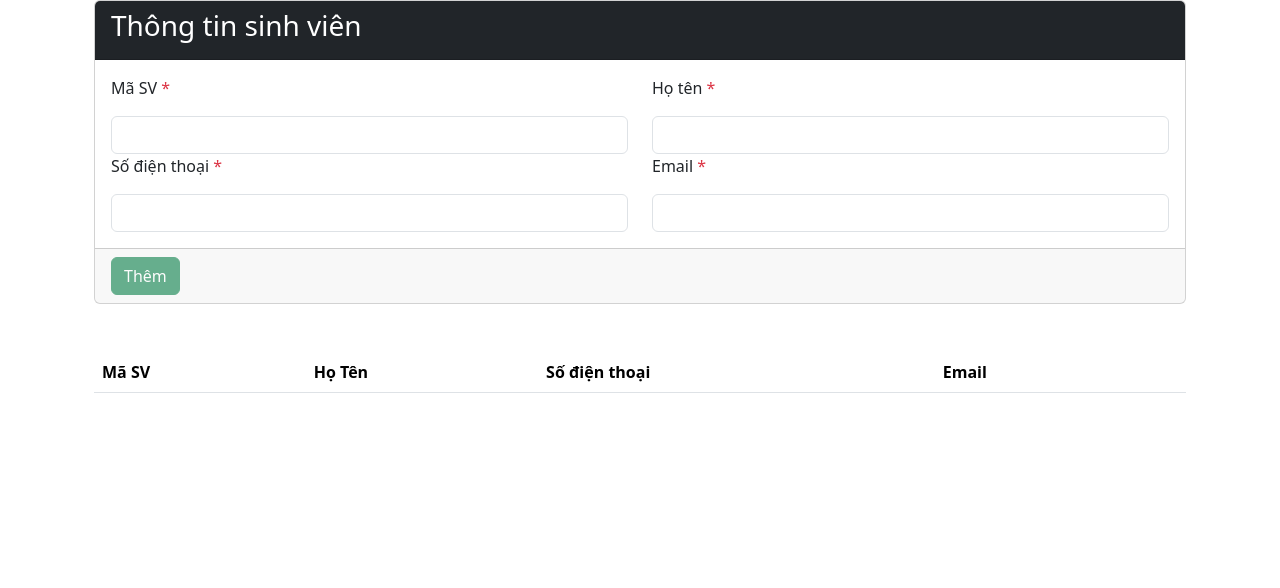
Repository: KhoiNguyen77/BT_REACT_FORM
Page: /
These files come from the project's save history. The page is drawn as it stood at one moment and after the next save; the edit follows.
The browser window is 1280 px wide. The pictures show the whole page.
The project was rebuilt for these pictures with package versions that can differ from the ones it lists, and the page was loaded fresh each time.

Above is the page before, as saved 2023-05-27 16:27:59.

### src/FormComponent/Form.jsx
import React, { Component } from 'react'
import InputField from './InputField'
import TableField from './TableField'

export default class Form extends Component {
    state = {
        students: []
    }
    add = (student) => {
        const students = [...this.state.students];
        students.push(student);
        this.setState({
            students: students
        })
    }
    render() {
        return (
            <div className='container'>
                <InputField add={this.add} students={this.state.students}></InputField>
                <TableField students={this.state.students}></TableField>
            </div>
        )
    }
}

### src/FormComponent/InputField.jsx
import React, { Component } from 'react'

export default class InputField extends Component {
    state = {
        values: {
            key: 0,
            name: "",
            phoneNumber: 0,
            email: ''
        },
        errors: {
            key: "*",
            name: "*",
            phoneNumber: "*",
            email: "*"
        },
        Disabled: true
    }
    handleInput = e => {
        const { students } = this.props;
        const { id, value, } = e.target;
        const inputValues = { ...this.state.values }
        const errors = { ...this.state.errors }
        let message = ""
        inputValues[id] = value;
        let dataType = e.target.getAttribute("data-type");
        // eslint-disable-next-line default-case
        switch (dataType) {
            case "letter": {
                let regexLetter = /^[a-zA-Z]+$/;
                if (!regexLetter.test(value)) {
                    message = id + ' must be letters';
                }
                break;
            }
            case "number": {
                let min = JSON.parse(e.target.getAttribute("min-maxLength"))[0];
                let max = JSON.parse(e.target.getAttribute("min-maxLength"))[1];
                if (value.length < min || value.length > max) {
                    message = id + ` must be from ${min} to ${max} length`
                }
                break;
            }
            // eslint-disable-next-line no-fallthrough
            case "email": {
                var mailformat = /^(([^<>()\[\]\\.,;:\s@"]+(\.[^<>()\[\]\\.,;:\s@"]+)*)|(".+"))@((\ [[0-9]{1,3}\.[0-9]{1,3}\.[0-9]{1,3}\.[0-9]{1,3}\])|(([a-zA-Z\-0-9]+\.)+[a-zA-Z]{2,}))$/
                if (!mailformat.test(value)) {
                    message = id + ' must be in correct form'
                    break;
                }
            }
        }
        if (e.target.getAttribute("uniqe")) {
            if (students.find(student => student.key == value)) {
                message = id + " has exists!";
            }
        }
        if (value.trim() == "") {
            message = id + " can't be blank";
        }
        errors[id] = message
        let result = this.checkValidForm(errors);
        this.setState({
            values: inputValues,
            errors: errors,
            Disabled: result
        })

    }
    checkValidForm = (errors) => {
        let output = false;
        for (let key in errors) {
            console.log(errors[key]);
            if (errors[key] !== "") {
                output = true;
                break
            }
        }
        return output
    }
    handleSubmit = e => {
        e.preventDefault();
        const { add } = this.props;
        add(this.state.values);
    }

    render() {
        console.log(this.state.values);
        return (
            <div className='container mb-5'>
                <form className='card'>
                    <div className="card-header bg-dark">
                        <h3 className='text-white'>Thông tin sinh viên</h3>
                    </div>
                    <div className="card-body">
                        <div className="row">
                            <div className="col-6">
                                <p className='d-inline-block'>Mã SV</p> <span className='text-danger'>{this.state.errors.key}</span>
                                <input type="number" id='key' uniqe="id" min-maxLength="[3,5]" data-type="number" className='form-control' onInput={this.handleInput} />
                            </div>
                            <div className="col-6">
                                <p className='d-inline-block' >Họ tên</p> <span className='text-danger'>{this.state.errors.name}</span>
                                <input type="text" id='name' data-type="letter" className='form-control' onInput={this.handleInput} />
                            </div>
                        </div>
                        <div className="row">
                            <div className="col-6">
                                <p className='d-inline-block'>Số điện thoại</p> <span className='text-danger'>{this.state.errors.phoneNumber}</span>
                                <input type="number" id='phoneNumber' className='form-control' min-maxLength="[8,10]" data-type="number" onInput={this.handleInput} />
                            </div>
                            <div className="col-6">
                                <p className='d-inline-block'>Email</p> <span className='text-danger'>{this.state.errors.email}</span>
                                <input type="email" id='email' className='form-control' onInput={this.handleInput} data-type="email" />
                            </div>
                        </div>
                    </div>
                    <div className="card-footer">
                        <button type='submit' onClick={this.handleSubmit} className='btn btn-success' disabled={this.state.Disabled}>Thêm</button>
                    </div>
                </form>
            </div>
        )
    }
}

### src/FormComponent/TableField.jsx
import React, { Component } from 'react'

export default class TableField extends Component {

    render() {
        const { students } = this.props;
        return (
            <div className='container'>
                <table className='table'>
                    <thead>
                        <tr>
                            <th>Mã SV</th>
                            <th>Họ Tên</th>
                            <th>Số điện thoại</th>
                            <th>Email</th>
                            <th></th>
                        </tr>
                    </thead>
                    <tbody>
                        {students.map(student => {
                            return <tr>
                                <td>{student.key}</td>
                                <td>{student.name}</td>
                                <td>{student.phoneNumber}</td>
                                <td>{student.email}</td>
                                <td>
                                    <button className='btn btn-primary mx-3'>Edit</button>
                                    <button className='btn btn-danger'>Delete</button>
                                </td>
                            </tr>
                        })}
                    </tbody>
                </table>
            </div>
        )
    }
}

Loaded but not shown: public/index.html (common file); src/index.js (common file)

After the next save:
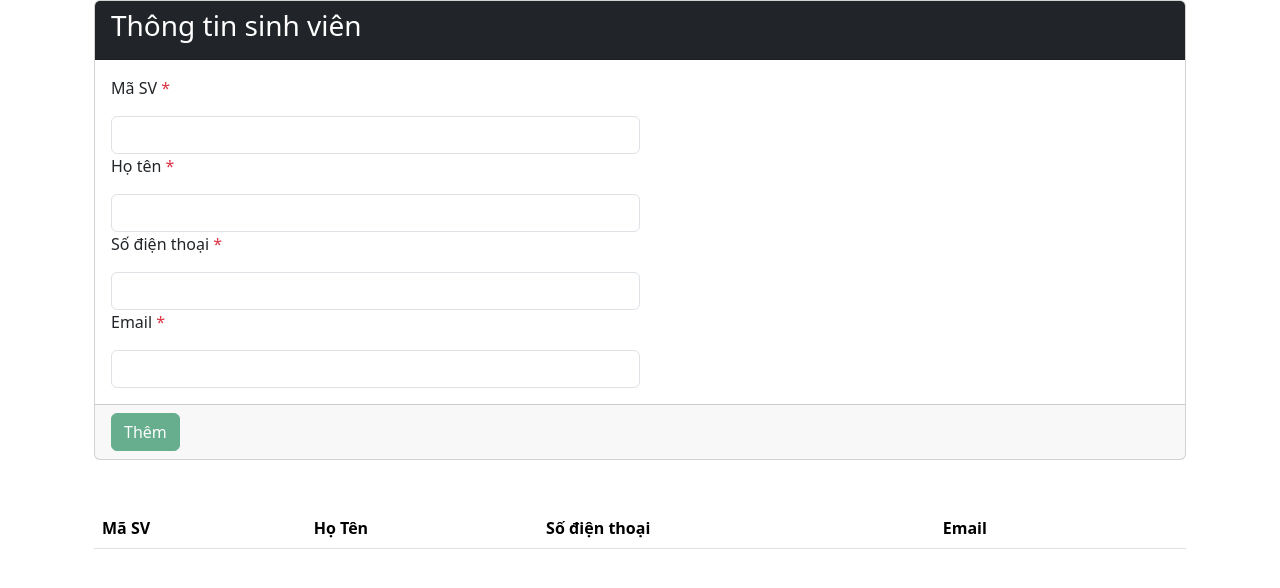
Saved 77 s later.
--- a/src/FormComponent/InputField.jsx
+++ b/src/FormComponent/InputField.jsx
@@ -94,24 +94,29 @@
                     </div>
                     <div className="card-body">
                         <div className="row">
-                            <div className="col-6">
-                                <p className='d-inline-block'>Mã SV</p> <span className='text-danger'>{this.state.errors.key}</span>
-                                <input type="number" id='key' uniqe="id" min-maxLength="[3,5]" data-type="number" className='form-control' onInput={this.handleInput} />
-                            </div>
-                            <div className="col-6">
-                                <p className='d-inline-block' >Họ tên</p> <span className='text-danger'>{this.state.errors.name}</span>
-                                <input type="text" id='name' data-type="letter" className='form-control' onInput={this.handleInput} />
-                            </div>
+                            <form className='form'>
+                                <div className="col-6">
+                                    <p className='d-inline-block'>Mã SV</p> <span className='text-danger'>{this.state.errors.key}</span>
+                                    <input type="number" id='key' uniqe="id" min-maxLength="[3,5]" data-type="number" className='form-control' onInput={this.handleInput} />
+                                </div>
+                                <div className="col-6">
+                                    <p className='d-inline-block' >Họ tên</p> <span className='text-danger'>{this.state.errors.name}</span>
+                                    <input type="text" id='name' data-type="letter" className='form-control' onInput={this.handleInput} />
+                                </div>
+                            </form>
+
                         </div>
                         <div className="row">
-                            <div className="col-6">
-                                <p className='d-inline-block'>Số điện thoại</p> <span className='text-danger'>{this.state.errors.phoneNumber}</span>
-                                <input type="number" id='phoneNumber' className='form-control' min-maxLength="[8,10]" data-type="number" onInput={this.handleInput} />
-                            </div>
-                            <div className="col-6">
-                                <p className='d-inline-block'>Email</p> <span className='text-danger'>{this.state.errors.email}</span>
-                                <input type="email" id='email' className='form-control' onInput={this.handleInput} data-type="email" />
-                            </div>
+                            <form className='form'>
+                                <div className="col-6">
+                                    <p className='d-inline-block'>Số điện thoại</p> <span className='text-danger'>{this.state.errors.phoneNumber}</span>
+                                    <input type="number" id='phoneNumber' className='form-control' min-maxLength="[8,10]" data-type="number" onInput={this.handleInput} />
+                                </div>
+                                <div className="col-6">
+                                    <p className='d-inline-block'>Email</p> <span className='text-danger'>{this.state.errors.email}</span>
+                                    <input type="email" id='email' className='form-control' onInput={this.handleInput} data-type="email" />
+                                </div>
+                            </form>
                         </div>
                     </div>
                     <div className="card-footer">

After the save that followed:
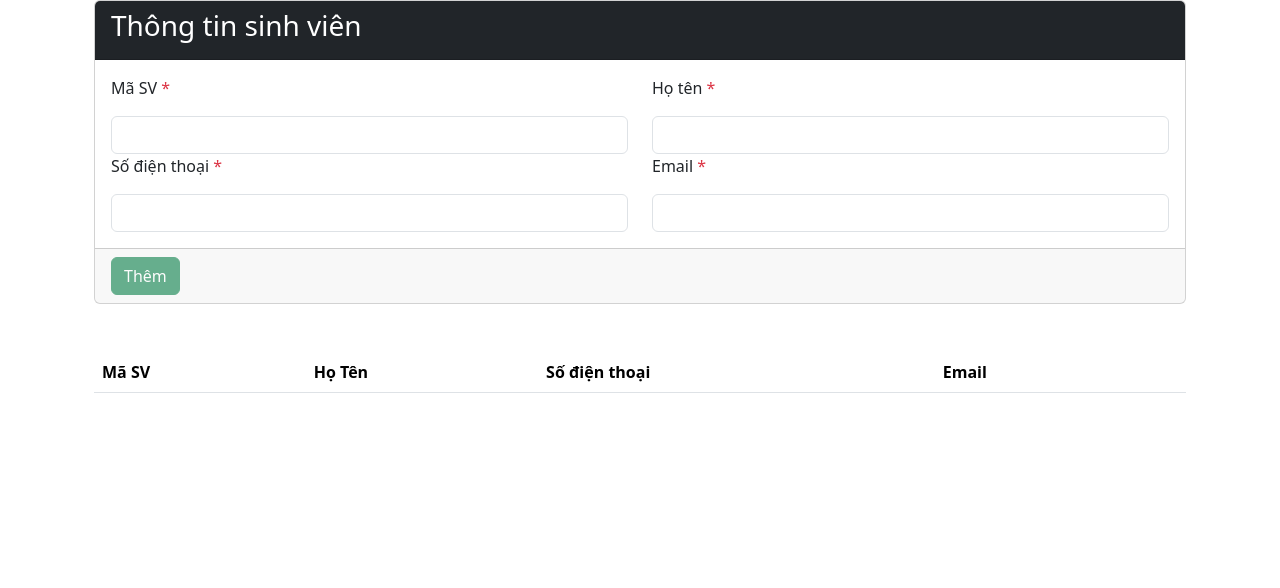
Saved 15 s later.
--- a/src/FormComponent/InputField.jsx
+++ b/src/FormComponent/InputField.jsx
@@ -94,29 +94,24 @@
                     </div>
                     <div className="card-body">
                         <div className="row">
-                            <form className='form'>
-                                <div className="col-6">
-                                    <p className='d-inline-block'>Mã SV</p> <span className='text-danger'>{this.state.errors.key}</span>
-                                    <input type="number" id='key' uniqe="id" min-maxLength="[3,5]" data-type="number" className='form-control' onInput={this.handleInput} />
-                                </div>
-                                <div className="col-6">
-                                    <p className='d-inline-block' >Họ tên</p> <span className='text-danger'>{this.state.errors.name}</span>
-                                    <input type="text" id='name' data-type="letter" className='form-control' onInput={this.handleInput} />
-                                </div>
-                            </form>
-
+                            <div className="col-6">
+                                <p className='d-inline-block'>Mã SV</p> <span className='text-danger'>{this.state.errors.key}</span>
+                                <input type="number" id='key' uniqe="id" min-maxLength="[3,5]" data-type="number" className='form-control' onInput={this.handleInput} />
+                            </div>
+                            <div className="col-6">
+                                <p className='d-inline-block' >Họ tên</p> <span className='text-danger'>{this.state.errors.name}</span>
+                                <input type="text" id='name' data-type="letter" className='form-control' onInput={this.handleInput} />
+                            </div>
                         </div>
                         <div className="row">
-                            <form className='form'>
-                                <div className="col-6">
-                                    <p className='d-inline-block'>Số điện thoại</p> <span className='text-danger'>{this.state.errors.phoneNumber}</span>
-                                    <input type="number" id='phoneNumber' className='form-control' min-maxLength="[8,10]" data-type="number" onInput={this.handleInput} />
-                                </div>
-                                <div className="col-6">
-                                    <p className='d-inline-block'>Email</p> <span className='text-danger'>{this.state.errors.email}</span>
-                                    <input type="email" id='email' className='form-control' onInput={this.handleInput} data-type="email" />
-                                </div>
-                            </form>
+                            <div className="col-6">
+                                <p className='d-inline-block'>Số điện thoại</p> <span className='text-danger'>{this.state.errors.phoneNumber}</span>
+                                <input type="number" id='phoneNumber' className='form-control' min-maxLength="[8,10]" data-type="number" onInput={this.handleInput} />
+                            </div>
+                            <div className="col-6">
+                                <p className='d-inline-block'>Email</p> <span className='text-danger'>{this.state.errors.email}</span>
+                                <input type="email" id='email' className='form-control' onInput={this.handleInput} data-type="email" />
+                            </div>
                         </div>
                     </div>
                     <div className="card-footer">
